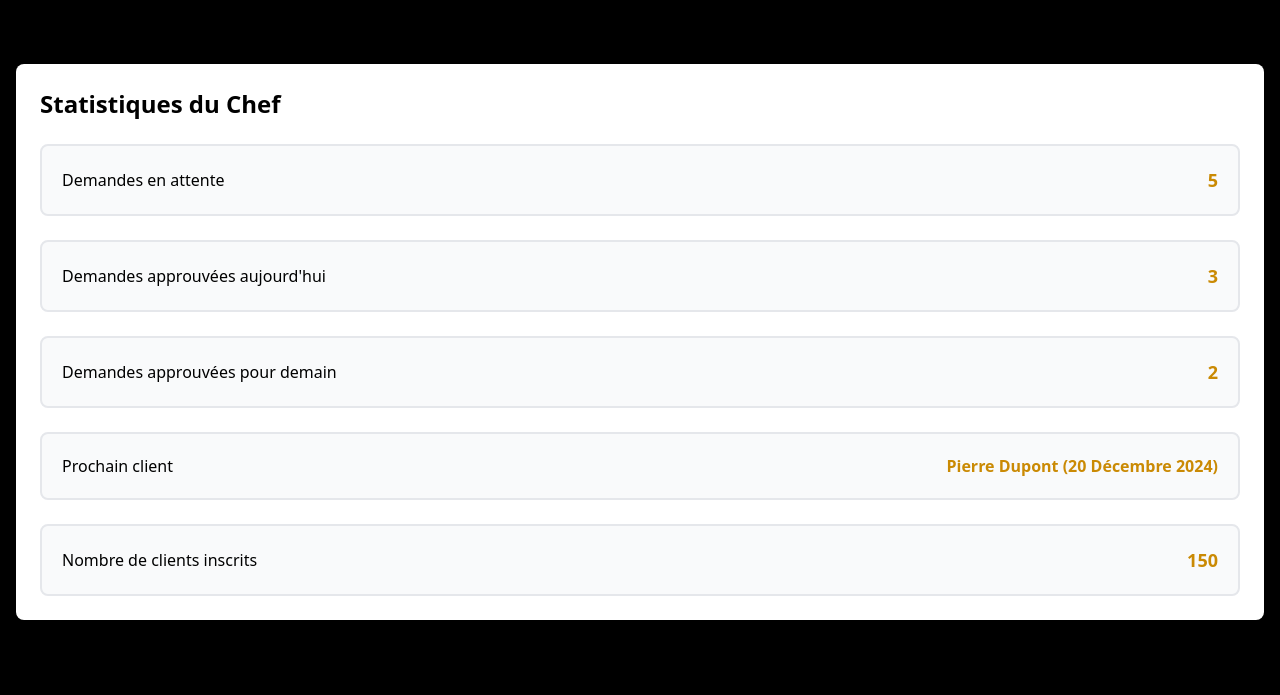
Repository: HamzaChehlaoui/Site-Web-pour-un-Chef-Cuisinier
Page: http://localhost/statistique.php
These files come from the project's save history. The page is drawn as it stood at one moment and after a run of saves; the edit follows.
The browser window is 1280 px wide. The pictures show the whole page.
Some web libraries are served in a nearby version. The page is run by PHP 8.4 with error messages shown; the project is at /var/www/html/.

Above is the page before, as saved 2024-12-18 12:56:26.

### statistique.php
<!DOCTYPE html>
<html lang="fr">

<head>
    <meta charset="UTF-8">
    <meta name="viewport" content="width=device-width, initial-scale=1.0">
    <title>Gestion des Réservations - Statistiques</title>
    <!-- Tailwind CSS CDN -->
    <script src="https://cdn.tailwindcss.com"></script>
    <style>
        /* Custom Slide-in animation */
        @keyframes slideIn {
            0% {
                transform: translateX(-100%);
                opacity: 0;
            }
            100% {
                transform: translateX(0);
                opacity: 1;
            }
        }

        /* Apply the animation to the cards */
        .slide-in {
            animation: slideIn 0.5s ease-out forwards;
        }
    </style>
</head>

<body class="bg-black text-white font-sans">

    <!-- Header -->
    <header class=" text-black py-4 text-center shadow-md">
        <h1 class="text-3xl font-extrabold tracking-wide text-yellow-500"></h1>
    </header>

    <!-- Main Content -->
    <main class="container mx-auto my-8 px-4">
        <div class="grid grid-cols-1 md:grid-cols-1 gap-8">

            <!-- Statistics Box -->
            <div class="bg-white shadow-lg rounded-lg p-6 slide-in">
                <h2 class="text-2xl font-semibold text-black mb-6">Statistiques du Chef</h2>
                <div class="space-y-6">

                    <!-- Pending Requests -->
                    <div class="flex justify-between items-center bg-gray-50 p-5 rounded-lg border-2 border-gray-200 hover:bg-yellow-50 transition">
                        <span class="text-black font-medium">Demandes en attente</span>
                        <span class="text-yellow-600 font-semibold text-lg">5</span>
                    </div>

                    <!-- Approved Today -->
                    <div class="flex justify-between items-center bg-gray-50 p-5 rounded-lg border-2 border-gray-200 hover:bg-yellow-50 transition">
                        <span class="text-black font-medium">Demandes approuvées aujourd'hui</span>
                        <span class="text-yellow-600 font-semibold text-lg">3</span>
                    </div>

                    <!-- Approved Tomorrow -->
                    <div class="flex justify-between items-center bg-gray-50 p-5 rounded-lg border-2 border-gray-200 hover:bg-yellow-50 transition">
                        <span class="text-black font-medium">Demandes approuvées pour demain</span>
                        <span class="text-yellow-600 font-semibold text-lg">2</span>
                    </div>

                    <!-- Next Client Details -->
                    <div class="flex justify-between items-center bg-gray-50 p-5 rounded-lg border-2 border-gray-200 hover:bg-yellow-50 transition">
                        <span class="text-black font-medium">Prochain client</span>
                        <span class="text-yellow-600 font-semibold">Pierre Dupont (20 Décembre 2024)</span>
                    </div>

                    <!-- Registered Clients -->
                    <div class="flex justify-between items-center bg-gray-50 p-5 rounded-lg border-2 border-gray-200 hover:bg-yellow-50 transition">
                        <span class="text-black font-medium">Nombre de clients inscrits</span>
                        <span class="text-yellow-600 font-semibold text-lg">150</span>
                    </div>
                </div>
            </div>

        </div>
    </main>

</body>

</html>

After the next 9 saves:
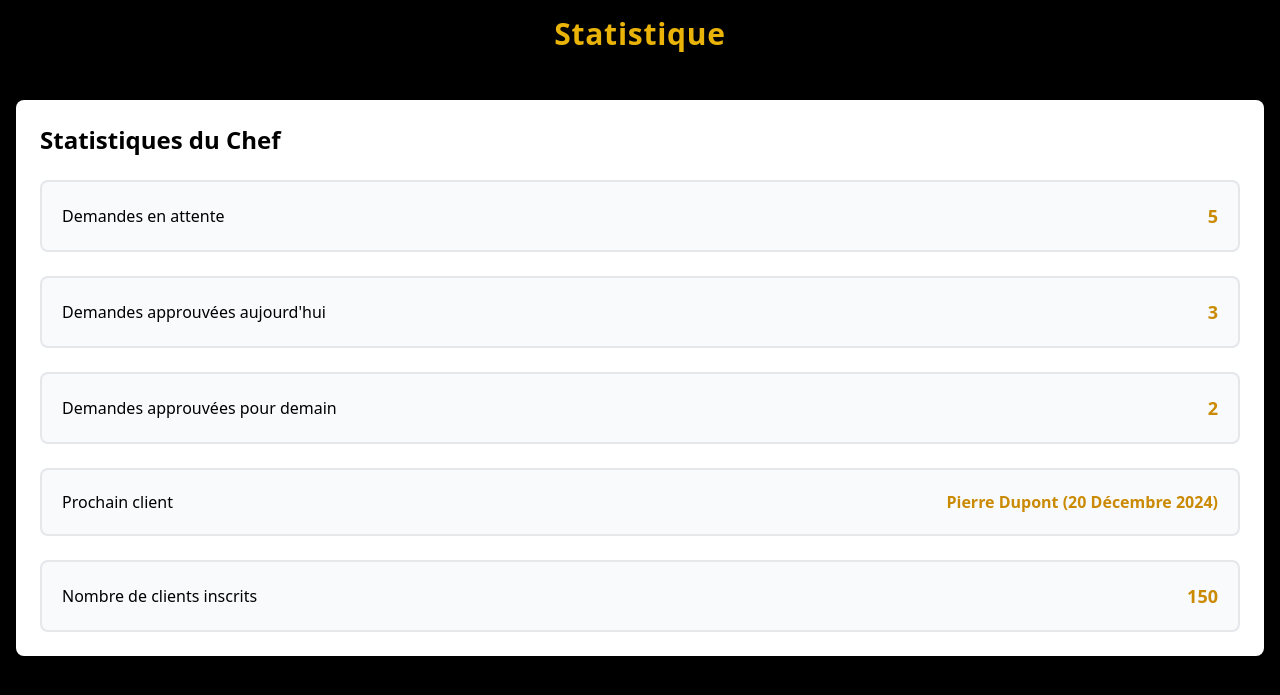
The 9 saves are shown as one change because they came seconds apart.
The last was saved 20 s later.
--- a/statistique.php
+++ b/statistique.php
@@ -31,7 +31,7 @@
 
     <!-- Header -->
     <header class=" text-black py-4 text-center shadow-md">
-        <h1 class="text-3xl font-extrabold tracking-wide text-yellow-500"></h1>
+        <h1 class="text-3xl font-extrabold tracking-wide text-yellow-500">Statistique</h1>
     </header>
 
     <!-- Main Content -->
